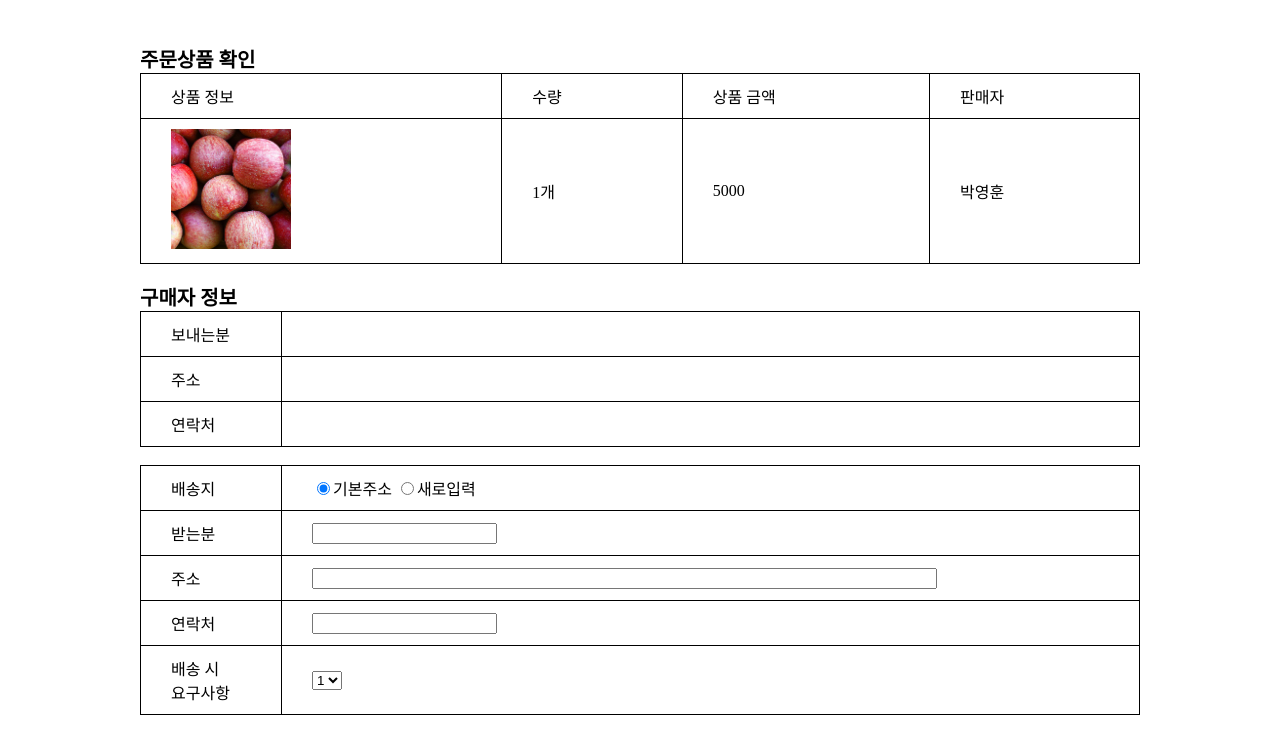
Repository: fellownew/project_workspace
Page: http://localhost/shoppingmall/WEB-INF/view/body/buyer/buyer_order_form.jsp
An editor plug-in stored every save of this project. The page is shown before and after the next save, followed by the edit.
The browser window is 1280 px wide. The pictures show the whole page.
The page is served by Tomcat 9. Nobody is signed in. The template is opened directly, without the code that normally fills it, so the values that code supplies are empty.

Above is the page before, as saved 2015-06-04 02:31:33.

After the next save:
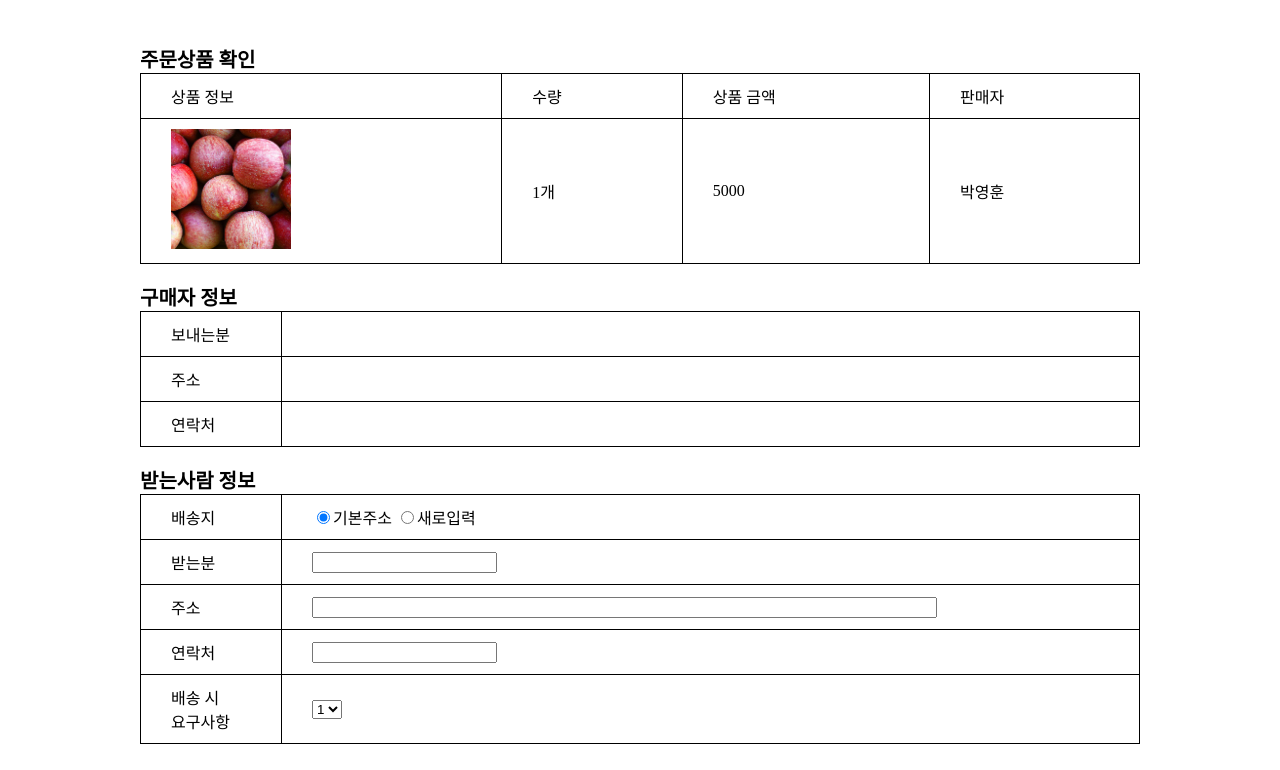
Saved 10 s later.
--- a/shoppingmall/WebContent/WEB-INF/view/body/buyer/buyer_order_form.jsp
+++ b/shoppingmall/WebContent/WEB-INF/view/body/buyer/buyer_order_form.jsp
@@ -94,7 +94,7 @@
 	</table><br>
 
 	<table class="center">
-
+	<caption style="text-align:left; font-weight:bold; font-size:20px">받는사람 정보</caption>
 			<tr>
 				<td style="width:80px">배송지</td>
 				<td style="text-align:left">
